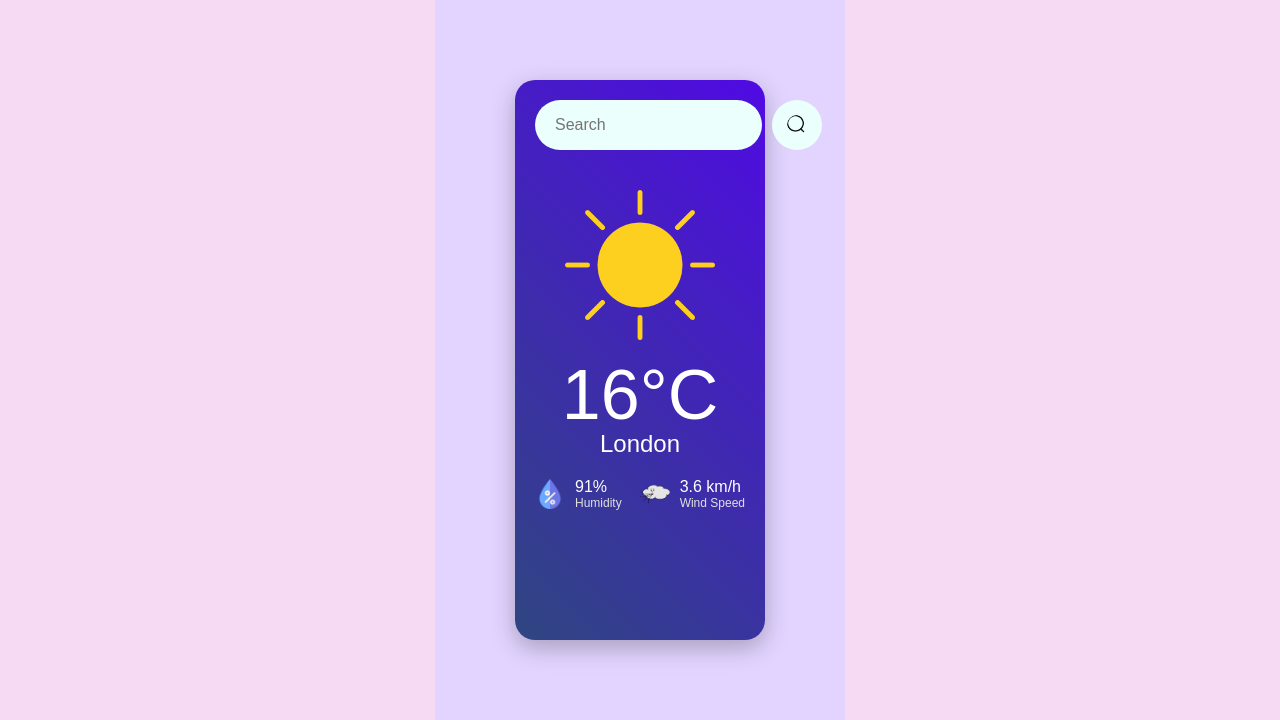
Repository: wakoya-tech/wheather-app
Page: /
These files come from the project's save history. The page is drawn as it stood at one moment and after the next save; the edit follows.
The browser window is 1280 px wide. The pictures show the whole page.
The project was rebuilt for these pictures with package versions that can differ from the ones it lists, and the page was loaded fresh each time. Also part of the build but not shown: vite.config.js, src/App.css.

Above is the page before, as saved 2025-10-18 22:04:20.

### index.html
<!DOCTYPE html>
<html lang="en">
  <head>
    <meta charset="UTF-8" />
    <link rel="icon" type="image/svg+xml" href="/vite.svg" />
    <meta name="viewport" content="width=device-width, initial-scale=1.0" />
    <title>Weather App - wakoCode</title>
  </head>
  <body>
    <div id="root"></div>
    <script type="module" src="/src/main.jsx"></script>
  </body>
</html>

### src/App.jsx
import { useState } from 'react'
import Weather from './Components/Weather'

import './App.css'

function App() {
 return(
 <div className='App'>

<Weather/>

 </div>

 )

}

export default App

### src/index.css

*{
    margin: 0;
    padding: 0;
    box-sizing: border-box;
    font-family: "poppins",sans-serif;
}
.App {
    min-height: 100vh;
    display: grid;
    background: #e2d4ff;
}

### src/Components/Weather.jsx
import React from 'react';
import './Weather.css';
import search_icon from '../assets/Search.png';
import clear from '../assets/Clear.png';
import wind from '../assets/Wind.png';
import humidity from '../assets/Humidity.png';

function Weather() {
  return (
    <div className='weather'>
      <div className="search-bar">
        <input type="text" placeholder='Search' />
        <img src={search_icon} alt="Search" />
      </div>

      <img src={clear} alt="Weather Icon" className='weather-icon' />
      <p className='temperature'>16°C</p>
      <p className='location'>London</p>

      <div className="weather-data">
        <div className="col">
          <img src={humidity} alt="Humidity" />
          <div>
            <p>91%</p>
            <span>Humidity</span>
          </div>
        </div>

        <div className="col">
          <img src={wind} alt="Wind Speed" />
          <div>
            <p>3.6 km/h</p>
            <span>Wind Speed</span>
          </div>
        </div>
      </div>
    </div>
  );
}

export default Weather;

### src/Components/Weather.css
/* Center the entire app on screen */
body {
    margin: 0;
    height: 100vh;
    display: flex;
    justify-content: center;
    align-items: center;
    background: #f6daf4;
    font-family: Arial, sans-serif;
  }

  /* Weather container */
  .weather {
    width: 90%;
    max-width: 250px;
    margin: 80px;
    padding: 20px;
    border-radius: 20px;
    background-image: linear-gradient(45deg, #2f4680, #500ae4);
    display: flex;
    flex-direction: column;
    align-items: center;
    box-shadow: 0 8px 24px rgba(0, 0, 0, 0.25);
    transition: transform 0.3s ease;
  }

  .weather:hover {
    transform: scale(1.02);
  }

  /* Search Bar */
  .search-bar {
    display: flex;
    align-items: center;
    gap: 10px;
    width: 100%;
    margin-bottom: 20px;
  }

  .search-bar input {
    flex: 1;
    height: 50px;
    font-size: 16px;
    border-radius: 40px;
    padding-left: 20px;
    border: none;
    outline: none;
    color: #626262;
    background: #ebfffc;
  }

  .search-bar img {
    width: 50px;
    padding: 15px;
    border-radius: 50%;
    background: #ebfffc;
    cursor: pointer;
    transition: 0.2s ease;
  }

  .search-bar img:hover {
    background: #d6f5f2;
    transform: scale(1.05);
  }

  /* Weather Display */
  .weather-icon {
    width: 150px;
    margin: 20px 0;
  }

  .temperature {
    color: #fff;
    font-size: 70px;
    line-height: 1;
  }

  .location {
    color: #fff;
    font-size: 24px;
    margin-bottom: 20px;
  }

  /* Weather Data */
  .weather-data {
    width: 100%;
    display: flex;
    justify-content: space-between;
    color: #fff;
  }

  .weather-data .col {
    display: flex;
    align-items: center;
    gap: 10px;
    font-size: 16px;
  }

  .weather-data .col span {
    display: block;
    font-size: 12px;
    color: #e0e0e0;
  }

  .weather-data .col img {
    width: 30px;
  }

Loaded but not shown: src/main.jsx (common file)

After the next save:
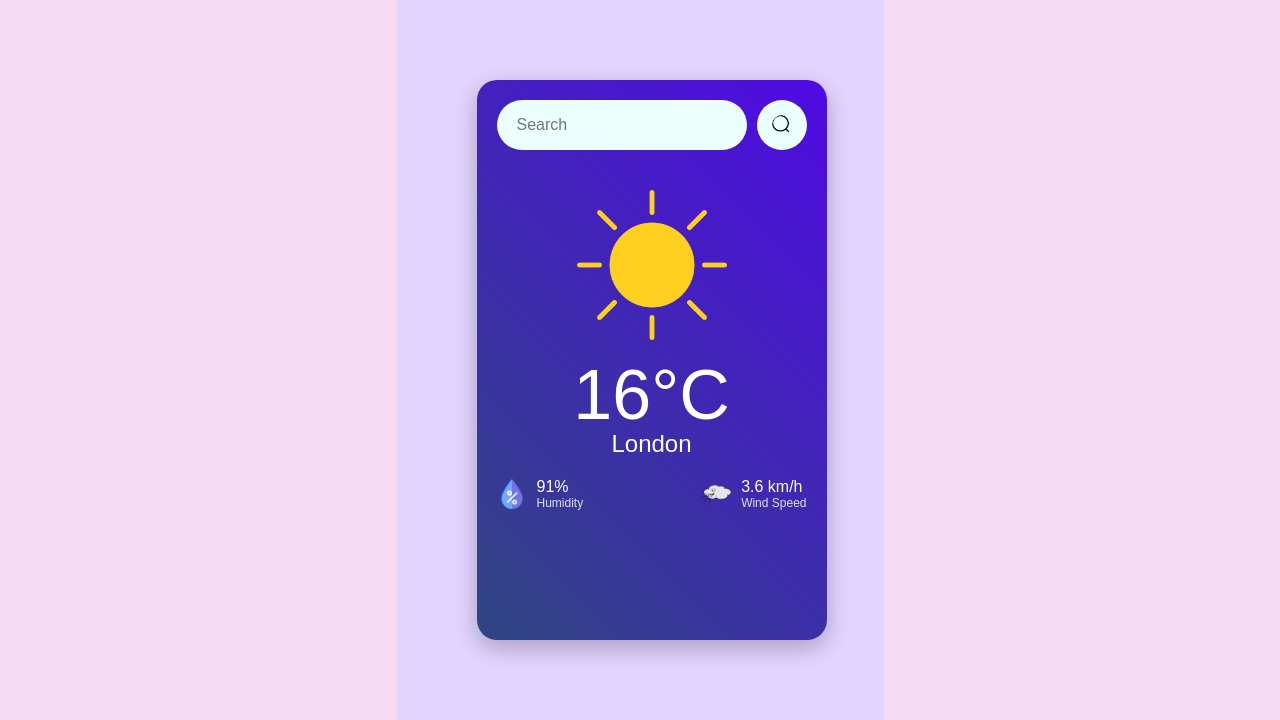
Saved 9 s later.
--- a/src/Components/Weather.css
+++ b/src/Components/Weather.css
@@ -12,7 +12,7 @@ body {
   /* Weather container */
   .weather {
     width: 90%;
-    max-width: 250px;
+    max-width: 350px;
     margin: 80px;
     padding: 20px;
     border-radius: 20px;
